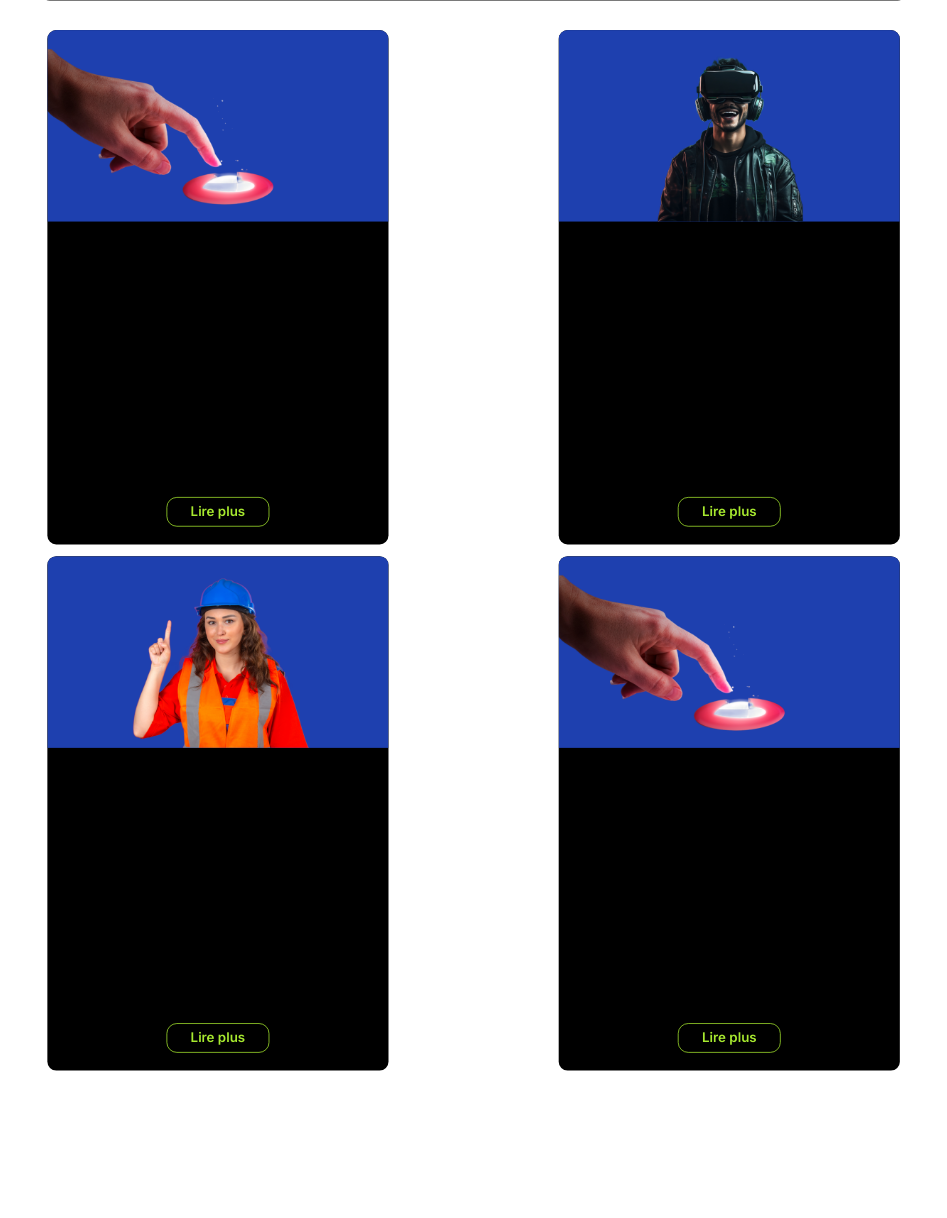
Repository: NassimeElkamari/test
Page: /blogs
These files come from the project's save history. The page is drawn as it stood at one moment and after the next save; the edit follows.
The browser window is 1280 px wide. The pictures show the part of the page from y = 652 to 2298 px (the page is 2298 px tall), at 74% of full size.
The project was rebuilt for these pictures with package versions that can differ from the ones it lists, and the page was loaded fresh each time. The framework's server and built-in components were replaced by stand-ins that run in the browser. Also part of the build but not shown: next.config.mjs.

Above is the page before, as saved 2024-06-12 15:38:45.

After the next save:
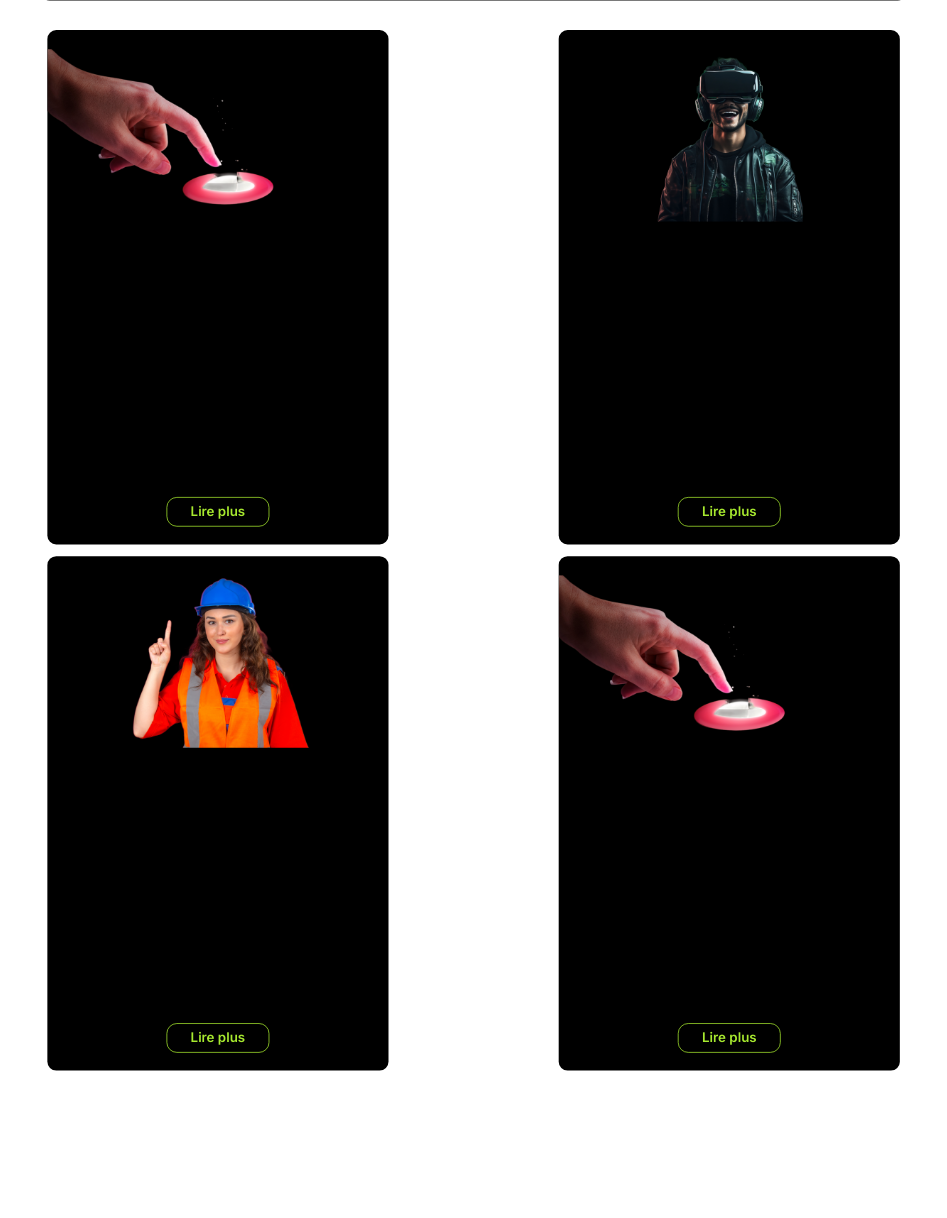
Saved 42 s later.
--- a/src/components/BlogCard.tsx
+++ b/src/components/BlogCard.tsx
@@ -13,7 +13,7 @@ const BlogCard = ({ imageSrc, title, description, date , color}) => {
         height={100}
         width={100}
         alt="Card Image"
-        className="w-full h-full rounded-t-xl bg-blue-800"
+        className={`w-full h-full rounded-t-xl ${color}`} // Add color class dynamically
         />
     </div>
     <div className="pt-14 flex justify-center items-center flex-col px-5">
